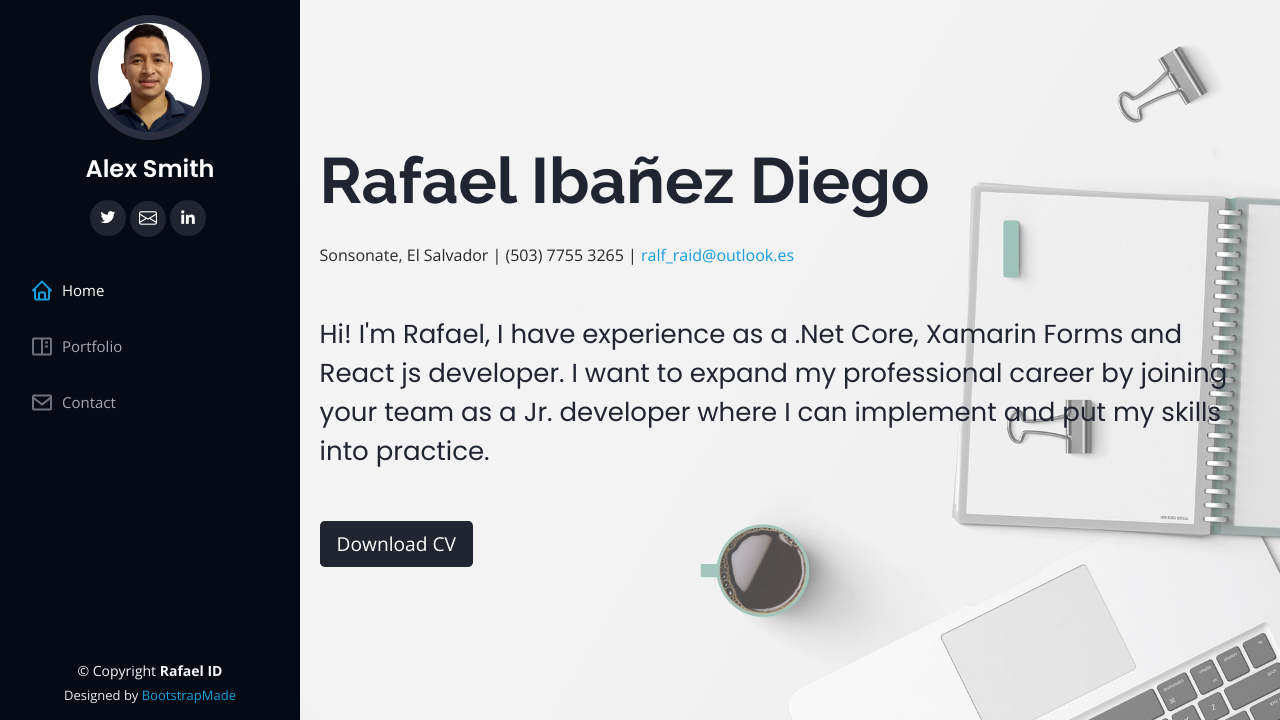
Repository: ralfId/myportfolio
Page: /index
These files come from the project's save history. The page is drawn as it stood at one moment and after the next save; the edit follows.
The browser window is 1280 px wide. The pictures show the whole page.
The project was rebuilt for these pictures with package versions that can differ from the ones it lists, and the page was loaded fresh each time. Also part of the build but not shown: src/data/projects.js, src/components/Projects/ProjectItem.js, src/components/Projects/ProjectIndex.js, src/helpers/ProjectById.js, src/components/Projects/ProjectDetail.js.

Above is the page before, as saved 2021-09-20 18:36:38.

After the next save:
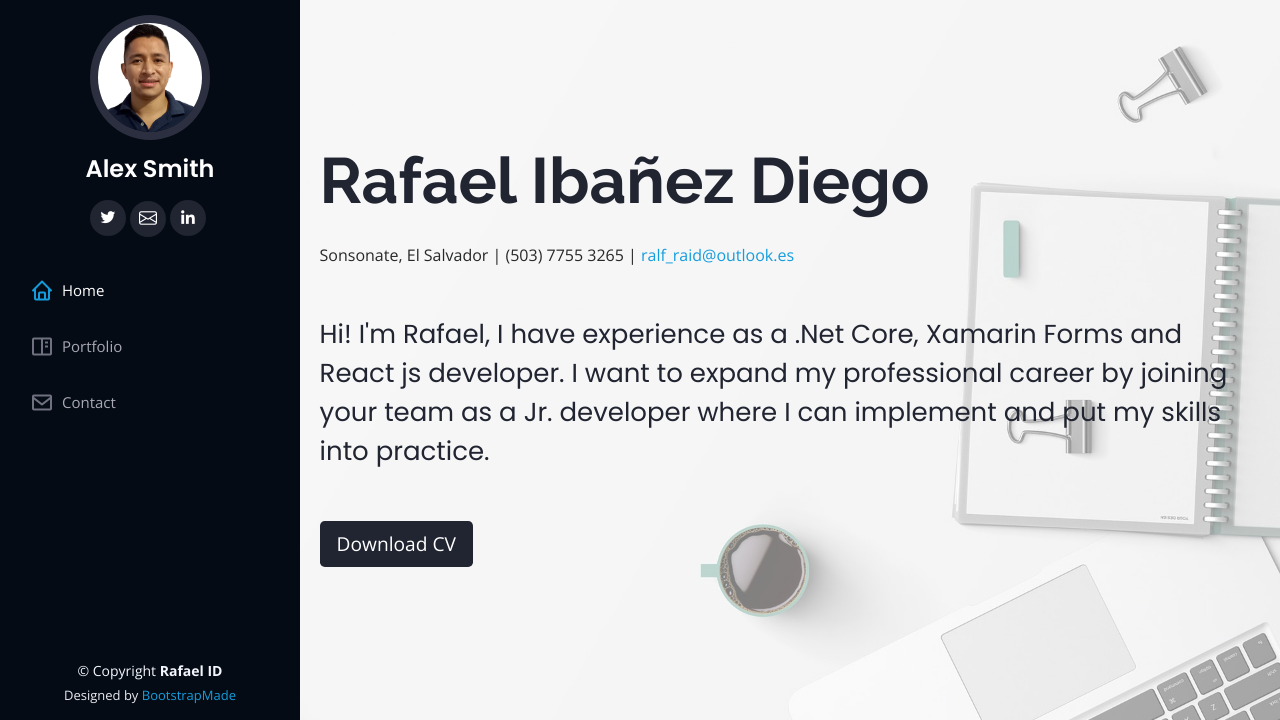
Saved 12 s later.
--- a/public/css/style.css
+++ b/public/css/style.css
@@ -246,7 +246,7 @@ h6 {
 
   #hero:before {
     content: "";
-    background: rgba(255, 255, 255, 0.3);
+    background: rgba(255, 255, 255, 0.5);
     position: absolute;
     bottom: 0;
     top: 0;
